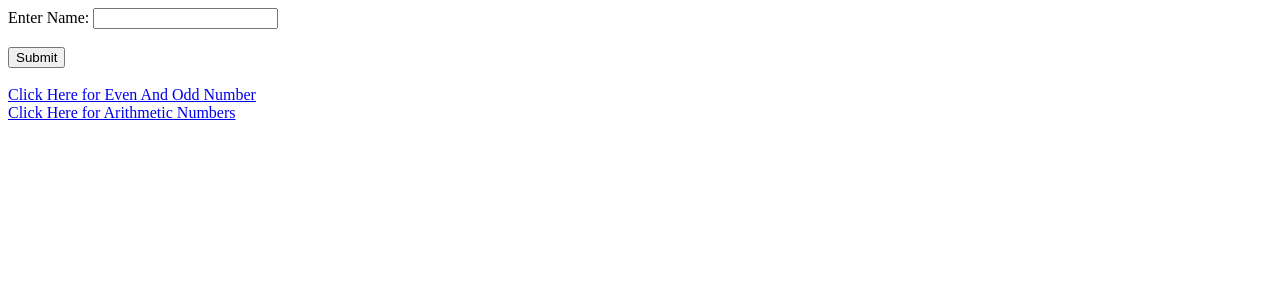
Repository: SNEHASHINDE26/JDBC
Page: eclipse-workspace/jspProject/src/main/webapp/index.html
An editor plug-in stored every save of this project. The page is shown before and after the next save, followed by the edit.
The browser window is 1280 px wide. The pictures show the whole page.

Above is the page before, as saved 2024-01-16 12:57:05.

After the next save:
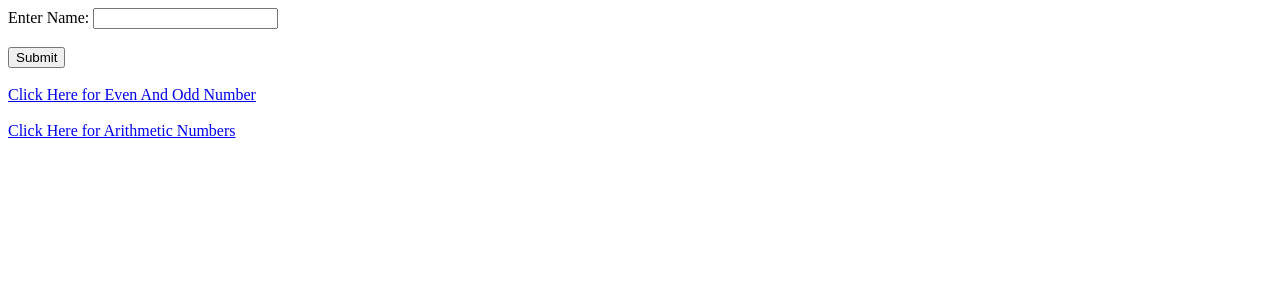
Saved 22 s later.
--- a/eclipse-workspace/jspProject/src/main/webapp/index.html
+++ b/eclipse-workspace/jspProject/src/main/webapp/index.html
@@ -14,7 +14,7 @@
 
       </form><br>
 
-      <a href = "number.html">Click Here for Even And Odd Number</a><br>
+      <a href = "number.html">Click Here for Even And Odd Number</a><br></br>
       <a href = "arithmetic.html">Click Here for Arithmetic Numbers</a><br>
 
 </body>
